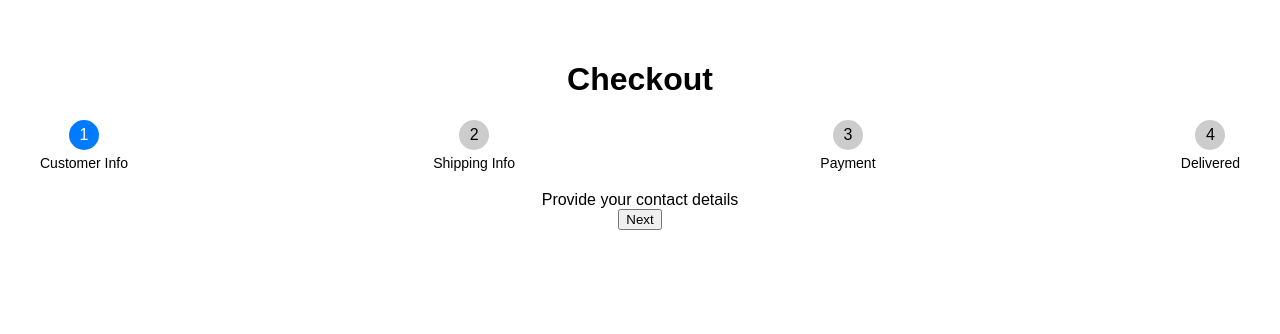
Repository: s-babaeizadeh/stepper-react
Page: /
These files come from the project's save history. The page is drawn as it stood at one moment and after the next save; the edit follows.
The browser window is 1280 px wide. The pictures show the whole page.
The project was rebuilt for these pictures with package versions that can differ from the ones it lists, and the page was loaded fresh each time. Also part of the build but not shown: vite.config.js.

Above is the page before, as saved 2024-08-10 12:07:27.

### src/App.jsx
import { Component, useState } from "react";

import "./App.css";
import CheckoutSteeper from "./components/CheckoutSteeper";

const CHECKOUT_STEPS = [
  {
    name: "Customer Info",
    Component: () => <div>Provide your contact details</div>,
  },
  {
    name: "Shipping Info",
    Component: () => <div>Enter you shipping address</div>,
  },
  {
    name: "Payment",
    Component: () => <div>Complete payment for your order</div>,
  },
  {
    name: "Delivered",
    Component: () => <div>Your order has been delivered</div>,
  },
];

function App() {
  return (
    <>
      <h1>Checkout</h1>
      <CheckoutSteeper stepsConfig={CHECKOUT_STEPS} />
    </>
  );
}

export default App;

### src/index.css
body {
  font-family: sans-serif;
}

.stepper {
  position: relative;
  display: flex;
  justify-content: space-between;
  align-items: center;
  margin-bottom: 20px;
}

.step {
  display: flex;
  flex-direction: column;
  align-items: center;
}

.step-number {
  width: 30px;
  height: 30px;
  border-radius: 50%;
  background-color: #ccc;
  display: flex;
  justify-content: center;
  align-items: center;
  margin-bottom: 5px;
  z-index: 2;
}

.step-name {
  font-size: 14px;
}

.active .step-number {
  background-color: #007bff;
  color: #fff;
}

.complete .step-number {
  background-color: #28a745;
  color: #fff;
}

.progress-bar {
  position: absolute;
  top: 25%;
  left: 0;
  height: 4px;
  background-color: #ccc;
}

.progress {
  height: 100%;
  background-color: #28a745;
  transition: 0.2s ease;
}

### src/App.css
#root {
  /* max-width: 1280px; */
  margin: 0 auto;
  padding: 2rem;
  text-align: center;
}

.step-name {
  font-size: 14px;
}

.active .step-number {
  background-color: #007bff;
  color: #fff;
}

.complete .step-number {
  background-color: #28a745;
  color: #fff;
}

.progress-bar {
  position: absolute;
  top: 25%;
  left: 0;
  height: 4px;
  background-color: #ccc;
}

.progress {
  height: 100%;
  background-color: #28a745;
  transition: 0.25 ease;
}

### src/components/CheckoutSteeper.jsx
/* eslint-disable react/prop-types */

import { useEffect, useRef, useState } from "react";

const CheckoutStepper = ({ stepsConfig = [] }) => {
  const [currentStep, setCurrentStep] = useState(1);
  const [isComplete, setIsComplete] = useState(false);
  const [margins, setMargins] = useState({
    marginLeft: 0,
    marginRight: 0,
  });
  const stepRef = useRef([]);

  useEffect(() => {
    setMargins({
      marginLeft: stepRef.current[0].offsetWidth / 2,
      marginRight: stepRef.current[stepsConfig.length - 1].offsetWidth / 2,
    });
  }, [stepRef, stepsConfig.length]);

  if (!stepsConfig.length) {
    return <></>;
  }

  const handleNext = () => {
    setCurrentStep((prevStep) => {
      if (prevStep === stepsConfig.length) {
        setIsComplete(true);
        return prevStep;
      } else {
        return prevStep + 1;
      }
    });
  };

  const calculateProgressBarWidth = () => {
    return ((currentStep - 1) / (stepsConfig.length - 1)) * 100;
  };

  const ActiveComponent = stepsConfig[currentStep - 1]?.Component;

  return (
    <>
      <div className="stepper">
        {stepsConfig.map((step, index) => {
          return (
            <div
              key={step.name}
              ref={(el) => (stepRef.current[index] = el)}
              className={`step ${
                currentStep > index + 1 || isComplete ? "complete" : ""
              } ${currentStep === index + 1 ? "active" : ""} `}
            >
              <div className="step-number">
                {currentStep > index + 1 || isComplete ? (
                  <span>&#10003;</span>
                ) : (
                  index + 1
                )}
              </div>
              <div className="step-name">{step.name}</div>
            </div>
          );
        })}

        <div
          className="progress-bar"
          style={{
            width: `calc(100%-${margins.marginLeft + margins.marginRight}px)`,
            marginLeft: margins.marginLeft,
            marginRight: margins.marginRight,
          }}
        >
          <div
            className="progress"
            style={{ width: `${calculateProgressBarWidth()}%` }}
          ></div>
        </div>
      </div>

      <ActiveComponent />

      {!isComplete && (
        <button className="btn" onClick={handleNext}>
          {currentStep === stepsConfig.length ? "Finish" : "Next"}
        </button>
      )}
    </>
  );
};

export default CheckoutStepper;

Loaded but not shown: index.html (common file); src/main.jsx (common file)

After the next save:
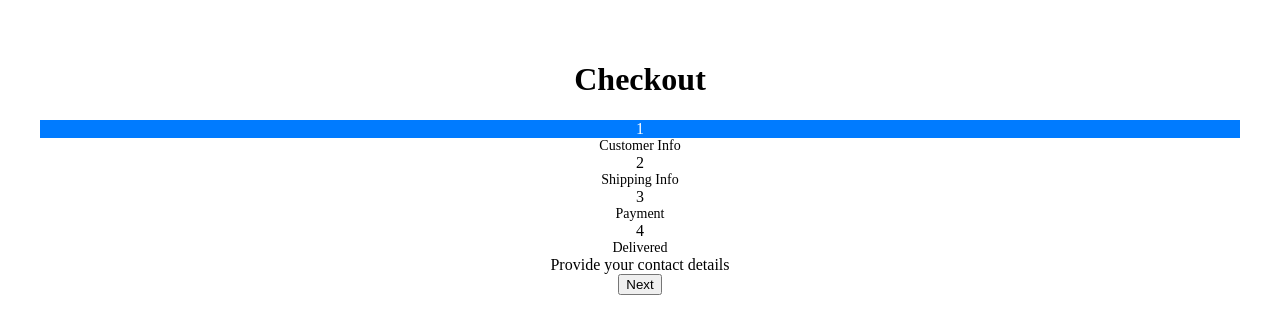
Saved 31 s later.
--- a/src/index.css
+++ b/src/index.css
@@ -1,4 +1,4 @@
-body {
+/* body {
   font-family: sans-serif;
 }
 
@@ -54,4 +54,4 @@
   height: 100%;
   background-color: #28a745;
   transition: 0.2s ease;
-}
+} */

After the save that followed:
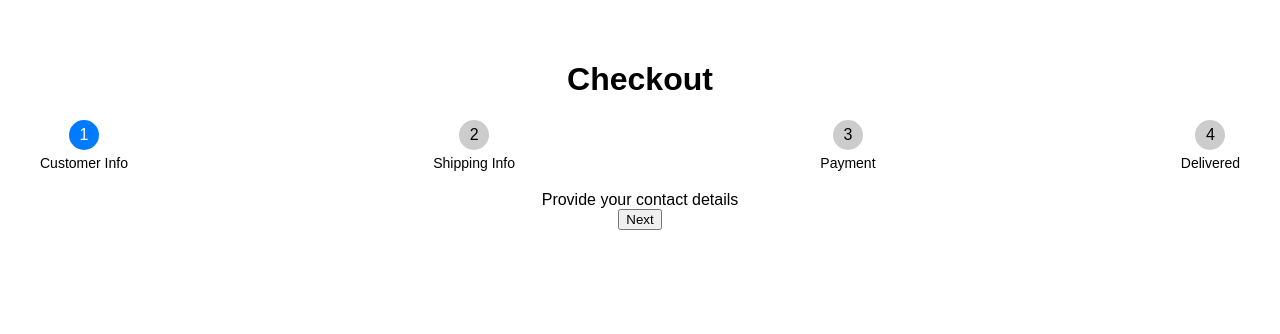
Saved 69 s later.
--- a/src/index.css
+++ b/src/index.css
@@ -1,4 +1,4 @@
-/* body {
+body {
   font-family: sans-serif;
 }
 
@@ -54,4 +54,4 @@
   height: 100%;
   background-color: #28a745;
   transition: 0.2s ease;
-} */
+}
